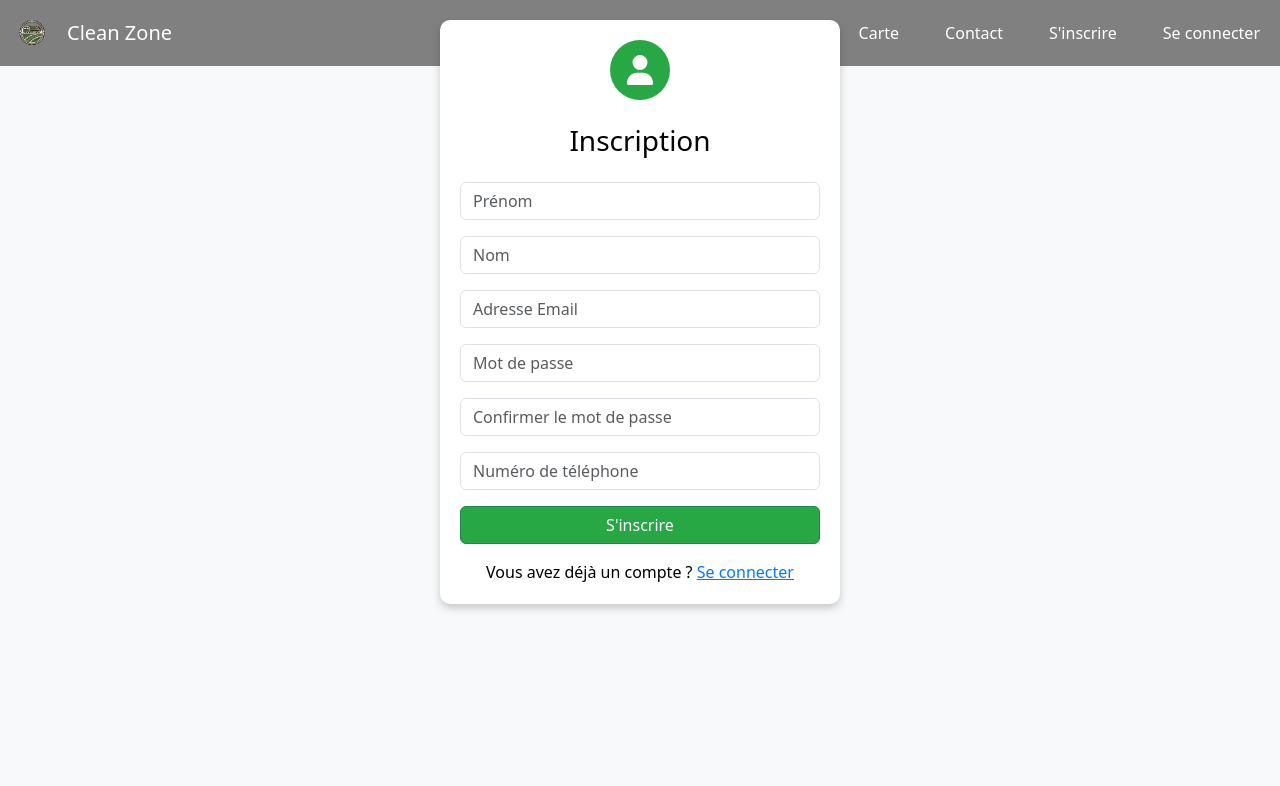
Repository: SystemInfoGeo/QGISproject
Page: /signup (app in NEXT/)
An editor plug-in stored every save of this project. The page is shown before and after the next save, followed by the edit.
The browser window is 1280 px wide. The pictures show the whole page.
The project was rebuilt for these pictures with package versions that can differ from the ones it lists, and the page was loaded fresh each time. The framework's server and built-in components were replaced by stand-ins that run in the browser. Also part of the build but not shown: NEXT/next.config.mjs.

Above is the page before, as saved 2024-09-16 18:14:33.

After the next save:
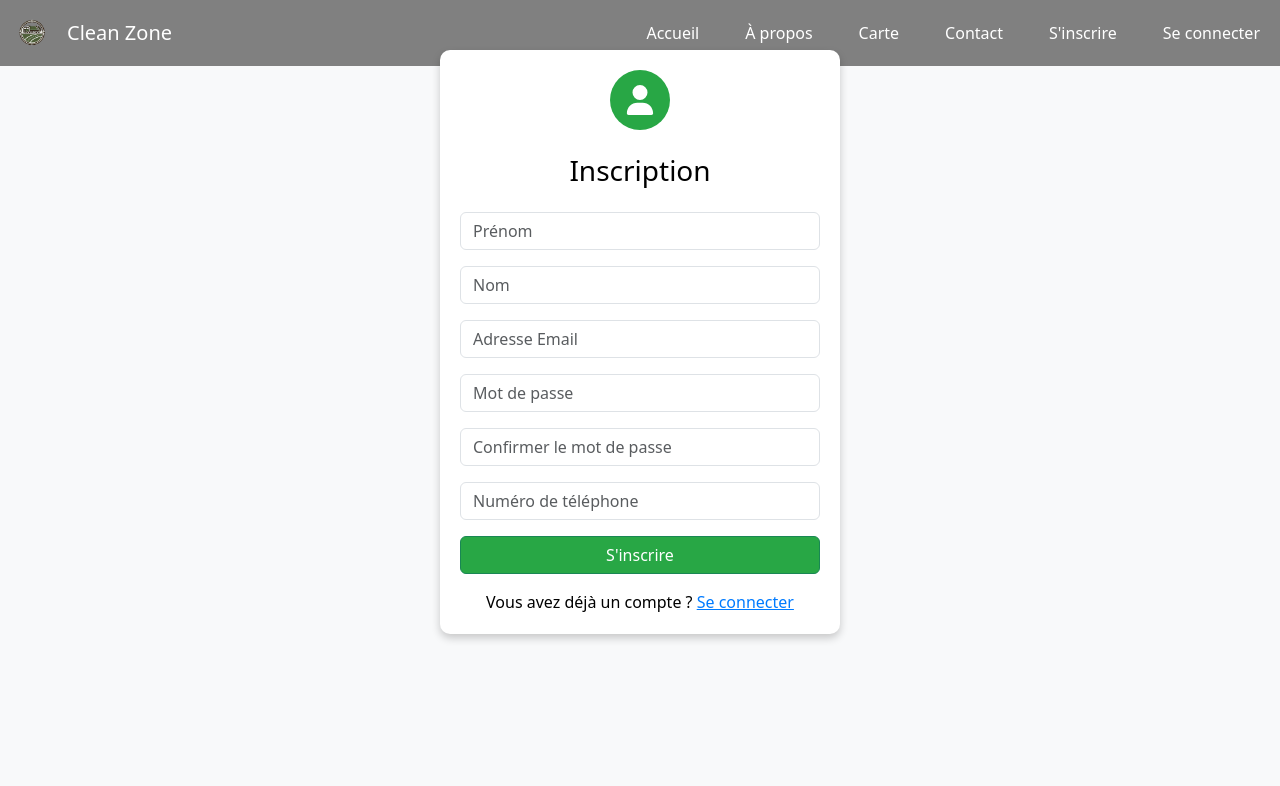
Saved 42 s later.
--- a/NEXT/styles/Signup.css
+++ b/NEXT/styles/Signup.css
@@ -7,7 +7,7 @@
   max-width: 400px;
   width: 100%;
   position: absolute;
-  top: 20px; /* Ajustez cette valeur pour déplacer le formulaire vers le haut */
+  top: 50px; /* Ajustez cette valeur pour déplacer le formulaire vers le haut */
   left: 50%;
   transform: translateX(-50%);
 }
